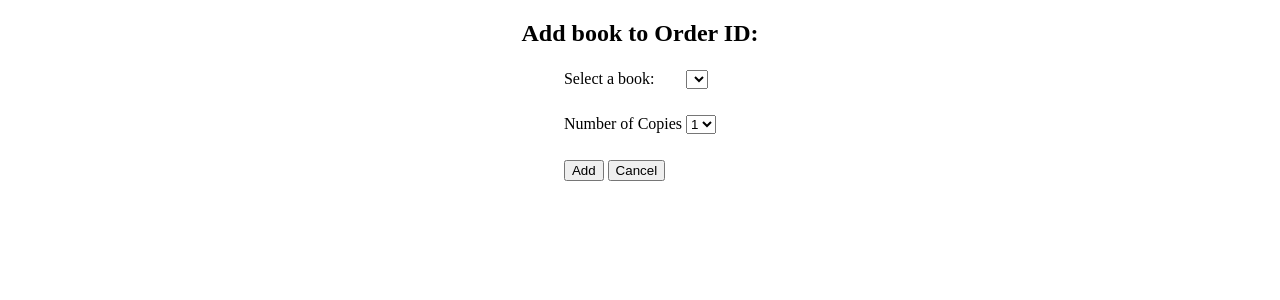
Repository: WaskeM/BookStore-WebSite
Page: http://localhost/BookStoreWebsite/admin/add_book_form.jsp
The author's editor kept a copy of each file at every save. The page is drawn from the files as they stood at one save, then again after the next save.
The browser window is 1280 px wide. The pictures show the whole page.
The page is served by Tomcat 9. Nobody is signed in. The application's start-up code is not run. The template is opened directly, without the code that normally fills it, so the values that code supplies are empty.

Above is the page before, as saved 2020-08-04 11:43:43.

After the next save:
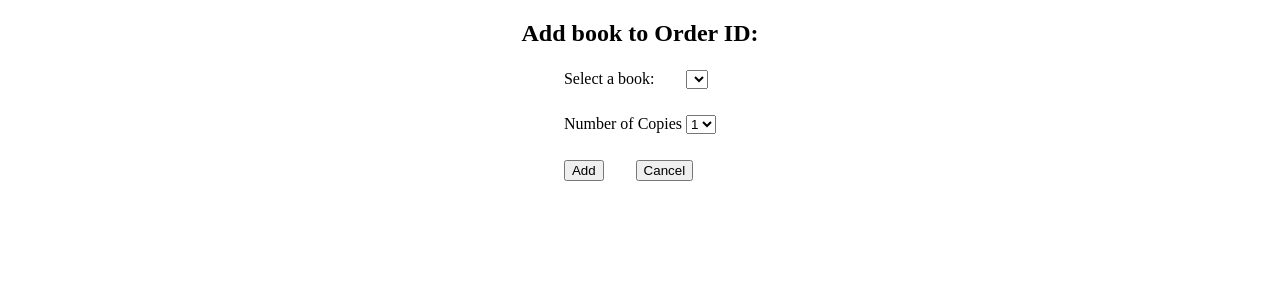
Saved 12 s later.
--- a/BookStoreWebsite/WebContent/admin/add_book_form.jsp
+++ b/BookStoreWebsite/WebContent/admin/add_book_form.jsp
@@ -40,6 +40,7 @@
 			<tr>
 				<td colspan="2">
 					<input type="submit" value="Add" />
+					&nbsp;&nbsp;&nbsp;&nbsp;&nbsp;&nbsp;
 					<input type="button" value="Cancel" />
 				</td>
 			</tr>
